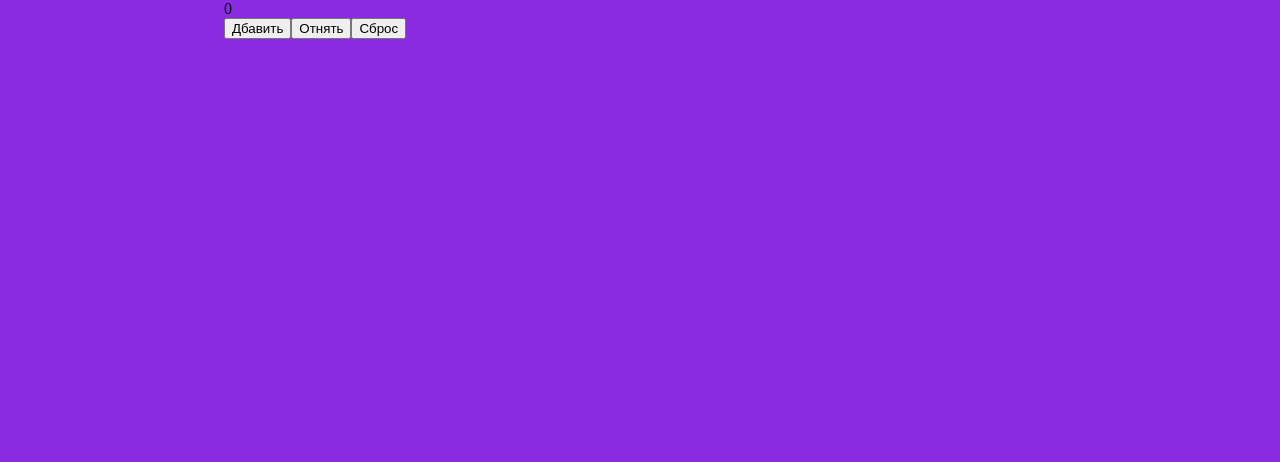
Repository: Denzoll/redux-toolkit-counter
Page: /
An editor plug-in stored every save of this project. The page is shown before and after the next save, followed by the edit.
The browser window is 1280 px wide. The pictures show the whole page.
The project was rebuilt for these pictures with package versions that can differ from the ones it lists, and the page was loaded fresh each time. Also part of the build but not shown: src/index.css.

Above is the page before, as saved 2022-06-27 13:27:27.

After the next save:
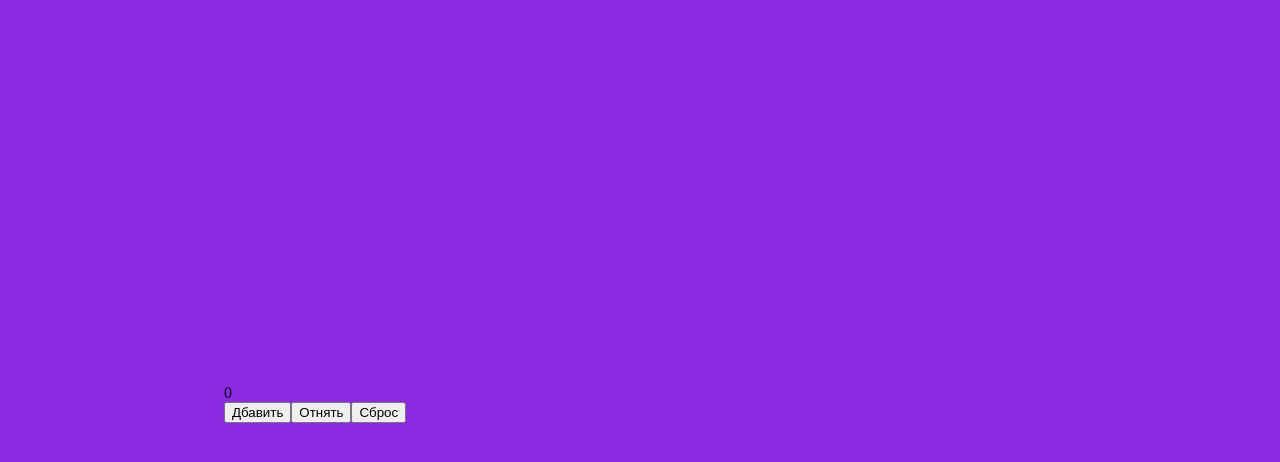
Saved 4 s later.
--- a/src/App.css
+++ b/src/App.css
@@ -2,7 +2,7 @@ body {
   background-color: blueviolet;
   margin:0 auto;
   width: 65%;
-  margin-top: ;
+  margin-top: 30%;
 }
 .cont {
 
